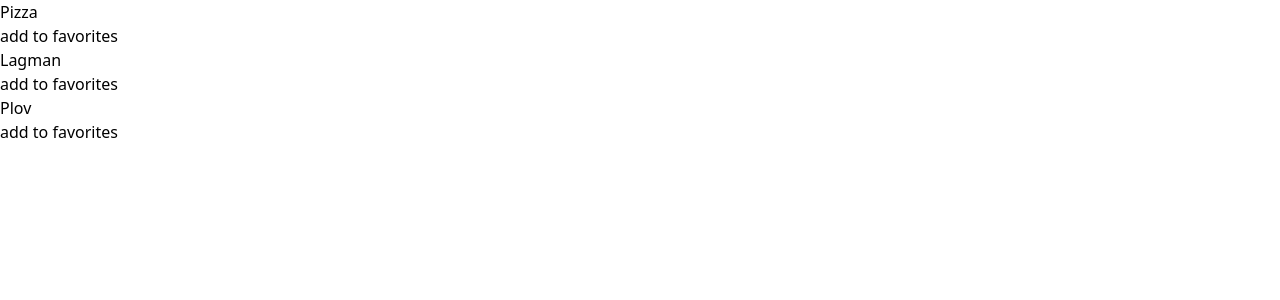
Repository: Nurlan-Bakenbaev/redux-tools
Page: /
The author's editor kept a copy of each file at every save. The page is drawn from the files as they stood at one save, then again after a run of saves.
The browser window is 1280 px wide. The pictures show the whole page.
The project was rebuilt for these pictures with package versions that can differ from the ones it lists, and the page was loaded fresh each time. Also part of the build but not shown: vite.config.js.

Above is the page before, as saved 2023-10-22 22:12:18.

After the next 5 saves:
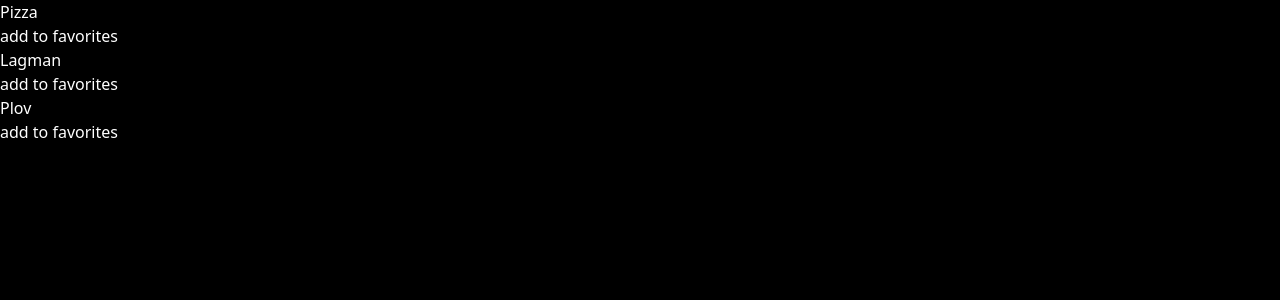
The 5 saves are shown as one change because they came seconds apart.
The last was saved 15 s later.
--- a/src/index.css
+++ b/src/index.css
@@ -2,4 +2,7 @@
 @tailwind components;
 @tailwind utilities;
 
-body{background:'black'}
+body {
+  background: black;
+  color: white;
+}
